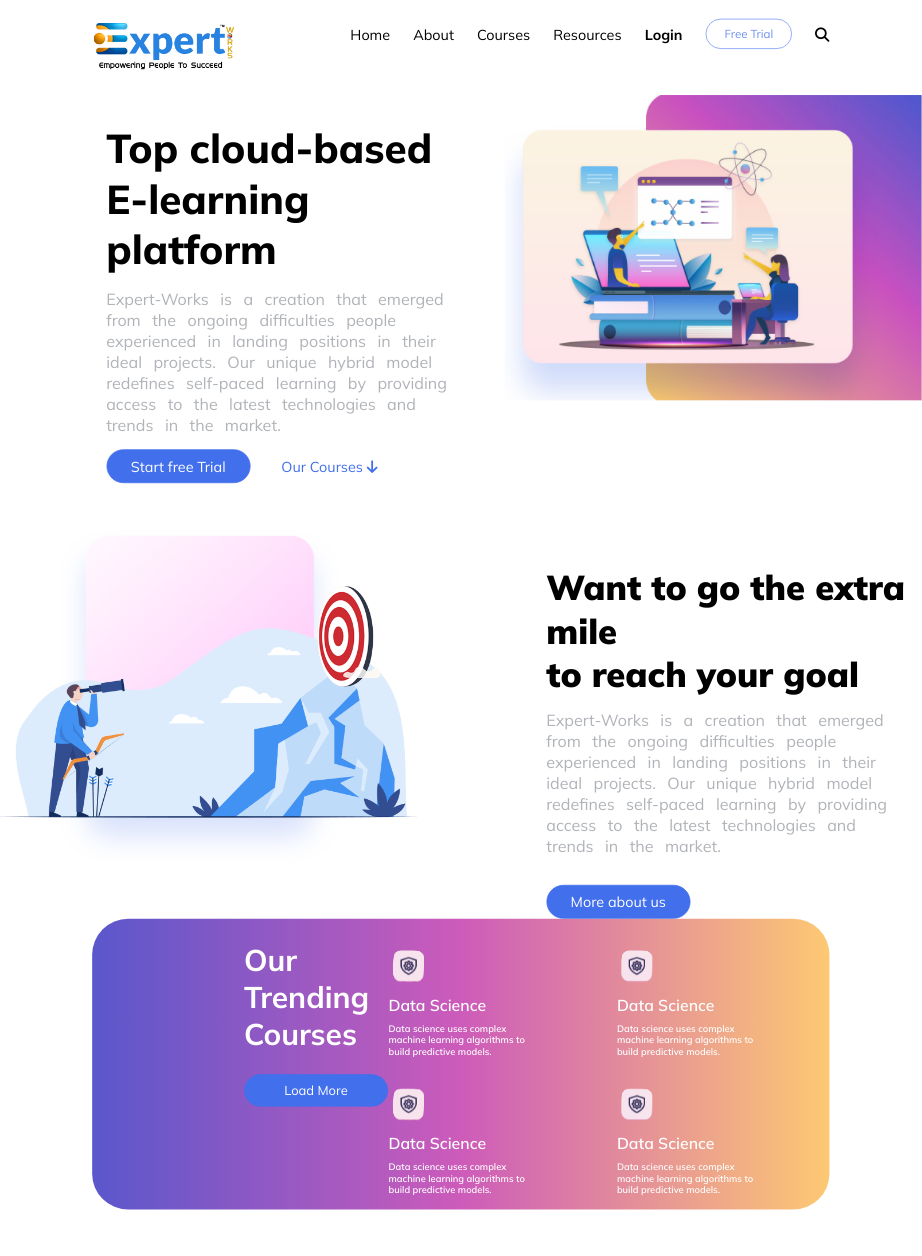
Repository: FlyweisReact/Raghu-B2C
Page: /homePage
The author's editor kept a copy of each file at every save. The page is drawn from the files as they stood at one save, then again after the next save.
The browser window is 1280 px wide. The pictures show the whole page, at 72% of full size.
Some web libraries are served in a nearby version. The project was rebuilt for these pictures with package versions that can differ from the ones it lists, and the page was loaded fresh each time. Also part of the build but not shown: src/Footer/footer.scss, src/Footer/Footer.jsx, src/component/pages/courses/course.scss, src/component/Navbar/nav.scss, src/component/Navbar/Nav.jsx, src/component/navigation/NavItems.js, src/component/navigation/Dropdown.css, src/component/navigation/Dropdown.js and 43 more.

Above is the page before, as saved 2023-02-03 16:14:36.

After the next save:
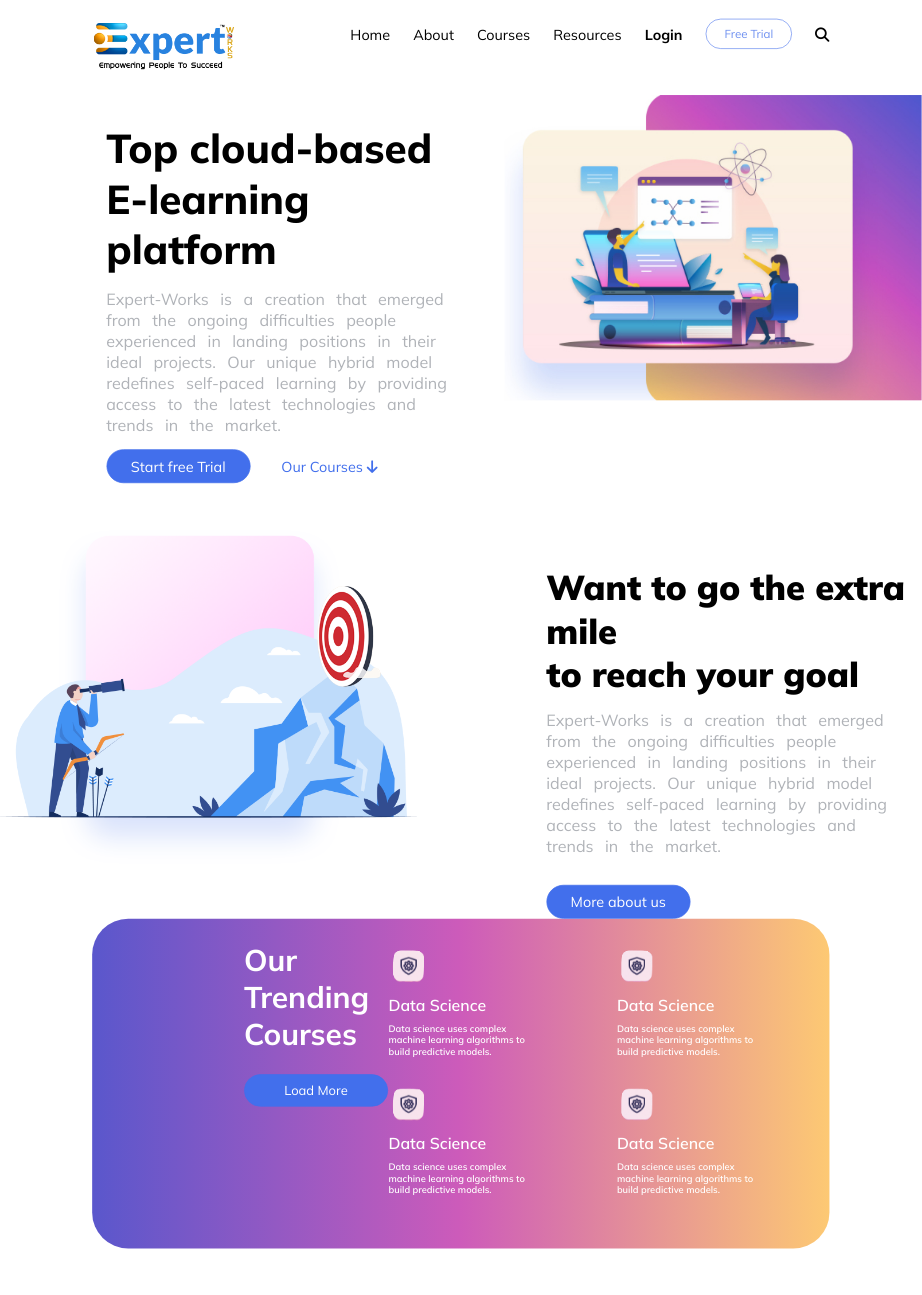
Saved 4 s later.
--- a/src/HomePage.css
+++ b/src/HomePage.css
@@ -118,7 +118,7 @@
   display:  flex;
   margin-bottom: 5%;
   justify-content: space-between;
-  padding-bottom: ;
+  padding-bottom: 5%;
 }
 .centerMainDiv .left {
     margin-top: 2%;
